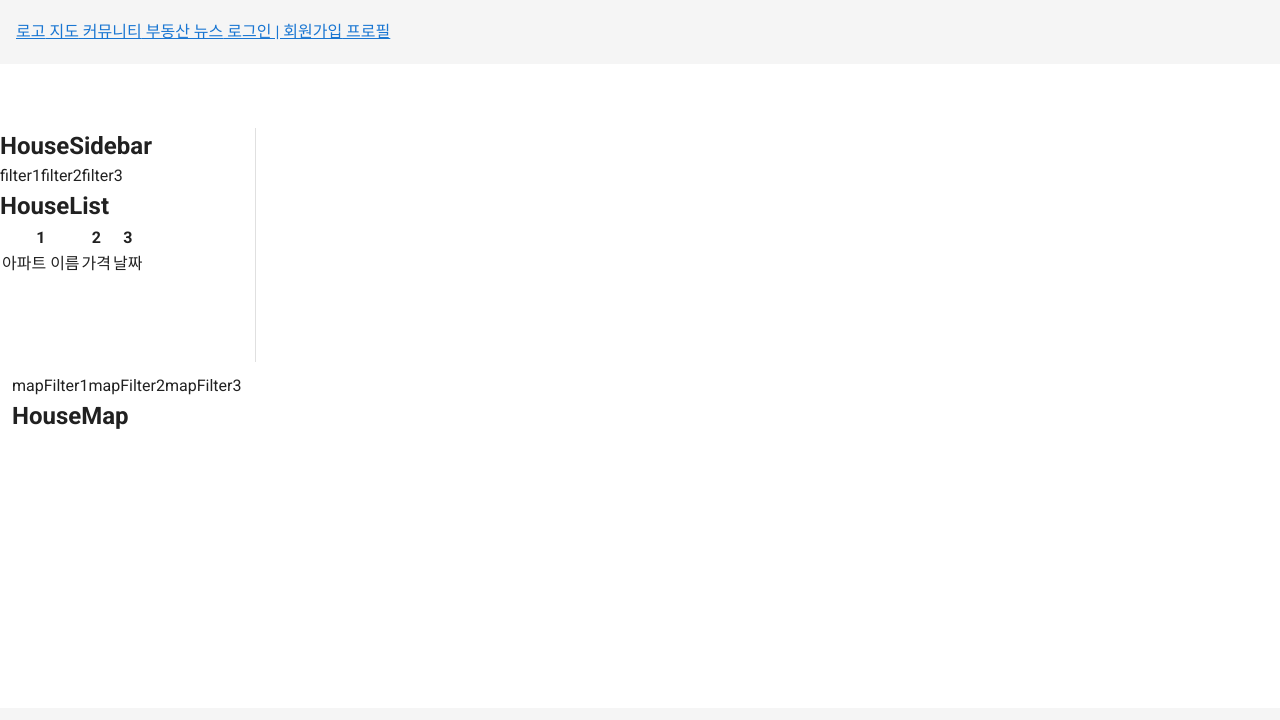
Repository: misso88/vue-whereIsMyHome
Page: /map
An editor plug-in stored every save of this project. The page is shown before and after the next save, followed by the edit.
The browser window is 1280 px wide. The pictures show the whole page.
The project was rebuilt for these pictures with package versions that can differ from the ones it lists, and the page was loaded fresh each time. Also part of the build but not shown: vue.config.js, src/views/AppMain.vue, src/views/AppNews.vue.

Above is the page before, as saved 2022-11-16 10:18:19.

### public/index.html
<!DOCTYPE html>
<html lang="en">
  <head>
    <meta charset="utf-8" />
    <meta http-equiv="X-UA-Compatible" content="IE=edge" />
    <meta name="viewport" content="width=device-width,initial-scale=1.0" />
    <link rel="icon" href="<%= BASE_URL %>favicon.ico" />
    <title><%= htmlWebpackPlugin.options.title %></title>
    <link
      rel="stylesheet"
      href="https://fonts.googleapis.com/css?family=Roboto:100,300,400,500,700,900"
    />
    <link
      rel="stylesheet"
      href="https://cdn.jsdelivr.net/npm/@mdi/font@latest/css/materialdesignicons.min.css"
    />
    <link
      rel="stylesheet"
      href="https://fonts.googleapis.com/css?family=Roboto:100,300,400,500,700,900"
    />
    <link
      rel="stylesheet"
      href="https://cdn.jsdelivr.net/npm/@mdi/font@latest/css/materialdesignicons.min.css"
    />
    <!-- <style>
      html{
        overflow-y: hidden !important;
      }
    </style> -->
  </head>
  <body>
    <noscript>
      <strong
        >We're sorry but <%= htmlWebpackPlugin.options.title %> doesn't work properly without
        JavaScript enabled. Please enable it to continue.</strong
      >
    </noscript>
    <div id="app"></div>
    <!-- built files will be auto injected -->
  </body>
</html>

### src/App.vue
<template>
  <v-app>
    <v-app-bar app elevation="0" >
      <the-header></the-header>
    </v-app-bar>
    <v-main>
      <router-view></router-view>
    </v-main>
    <v-footer app></v-footer>
  </v-app>
</template>

<script>
import TheHeader from "@/components/layout/TheHeader";

export default {
  name: "App",
  components: {
    TheHeader,
  },
};
</script>

### src/router/index.js
import Vue from 'vue'
import VueRouter from 'vue-router'

import AppMain from '@/views/AppMain'
import AppHouse from '@/views/AppHouse'
// import AppCommunity from '@/views/AppCommunity'
import AppNews from '@/views/AppNews'
// import AppMember from '@/views/AppMember'


Vue.use(VueRouter)

const routes = [
  {
    path: '/',
    name: 'main',
    component: AppMain
  },
  {
    path: '/map',
    name: 'map',
    component: AppHouse
  },
  {
    path: '/community',
    name: 'community',
    component: () => import("@/views/AppCommunity"),
    redirect: "/community/list",
    children: [
      {
        path: "list",
        name: "boardlist",
        component: () => import("@/components/board/BoardList")
      },
    ]
  },
  {
    path: '/news',
    name: 'news',
    component: AppNews
  },
  {
    path: '/member',
    name: 'member',
    component: () => import("@/views/AppMember"),
    children: [
      {
        path: "login",
        name: "login",
        component: () => import("@/components/member/MemberLogin")
      },
      {
        path: "join",
        name: "join",
        component: () => import("@/components/member/MemberJoin")
      },
    ]
  },
  {
    path: "/profile",
    name: "profile",
    component: () => import("@/views/TempProfile"),
    children: [
      {
        path: "mypage",
        name: "mypage",
        component: () => import("@/components/profile/ProfileMypage")
      },
      {
        path: "wishlist",
        name: "wishlist",
        component: () => import("@/components/profile/ProfileWishlist")
      },
      {
        path: "notice",
        name: "notice",
        component: () => import("@/components/profile/ProfileNotice")
      },
      {
        path: "helpcenter",
        name: "helpcenter",
        component: () => import("@/components/profile/ProfileHelpcenter")
      },
    ]
  },
]

const router = new VueRouter({
  mode: 'history',
  base: process.env.BASE_URL,
  routes
})

export default router

### src/store/index.js
import Vue from 'vue'
import Vuex from 'vuex'
import createPersistedState from "vuex-persistedstate";

Vue.use(Vuex)

export default new Vuex.Store({
  state: {
    type: null,
  },
  getters: {
  },
  mutations: {
    SET_TYPE (state, type) {
      state.type = type;
    },
  },
  actions: {
  },
  modules: {},
  plugins: [
    createPersistedState({
      // 브라우저 종료시 제거하기 위해 localStorage가 아닌 sessionStorage로 변경. (default: localStorage)
      storage: sessionStorage,
    }),
  ],

})

### src/components/layout/TheHeader.vue
<template>
  <div>
    <router-link :to="{ name: 'main' }" > 로고</router-link>
    <router-link :to="{ name: 'map'}" > 지도</router-link>
    <router-link :to="{ name: 'community'}" > 커뮤니티</router-link>
    <router-link :to="{ name: 'news'}" > 부동산 뉴스</router-link>
    <router-link :to="{ name: 'login'}" > 로그인 | 회원가입</router-link>
    <router-link :to="{ name: 'profile'}" > 프로필</router-link>
  </div>
</template>

<script>
export default {
    name: "TheHeader",
    data() {
        return {};
    }
}
</script>

<style>

</style>

### src/views/AppHouse.vue
<template>
  <v-main>
    <v-navigation-drawer permanent clipped>
      <house-sidebar></house-sidebar>
    </v-navigation-drawer>
    <v-container fluid>
      <house-map></house-map>
    </v-container>
  </v-main>
</template>

<script>
import HouseSidebar from "@/components/house/sidebar/HouseSidebar";
import HouseMap from "@/components/house/map/HouseMap";

export default {
  name: "AppHouse",
  components: {
    HouseSidebar,
    HouseMap
  }
};
</script>

<style>

</style>

### src/components/house/sidebar/HouseSidebar.vue
<template>
  <div>
    <h2>HouseSidebar</h2>
    <house-list-filter></house-list-filter>
    <house-list></house-list>
  </div>
</template>

<script>
import HouseList from "@/components/house/sidebar/HouseList";
import HouseListFilter from "@/components/house/sidebar/HouseListFilter";

export default {
    name: "HouseSidebar",
    components: {
        HouseList,
        HouseListFilter
    }
};
</script>

<style>

</style>

### src/components/house/map/HouseMap.vue
<template>
  <div>
    <house-map-filter></house-map-filter>
    <h2>HouseMap</h2>
  </div>
</template>

<script>
import HouseMapFilter from "@/components/house/map/HouseMapFilter";
export default {
    name: "HouseMap",
    components: {
        HouseMapFilter
    }
}
</script>

<style>

</style>

### src/components/house/sidebar/HouseList.vue
<template>
  <div>
    <h2>HouseList</h2>
    <table>
        <thead>
            <th>1</th>
            <th>2</th>
            <th>3</th>
        </thead>
        <house-list-item></house-list-item>
    </table>
    <house-detail></house-detail>
  </div>
</template>

<script>
import HouseListItem from "@/components/house/sidebar/HouseListItem";
export default {
    name: "HouseList",
    components: {
        HouseListItem
    },
};
</script>

<style>

</style>

### src/components/house/sidebar/HouseListFilter.vue
<template>
  <div>
    <button>filter1</button>
    <button>filter2</button>
    <button>filter3</button>
  </div>
</template>

<script>
export default {
    name: "HouseListFilter"
}
</script>

<style>

</style>

### src/components/house/map/HouseMapFilter.vue
<template>
  <div>
    <button>mapFilter1</button>
    <button>mapFilter2</button>
    <button>mapFilter3</button>
  </div>
</template>

<script>
export default {
    name: "HouseMapFilter"
}
</script>

<style>

</style>

### src/components/house/sidebar/HouseListItem.vue
<template>
  <tr>
    <td>아파트 이름</td>
    <td>가격</td>
    <td>날짜</td>
  </tr>
</template>

<script>
    export default {
        name: "HouseListItem",
    }
</script>

<style>

</style>

Loaded but not shown: src/main.js (common file); src/plugins/vuetify.js (common file)

After the next save:
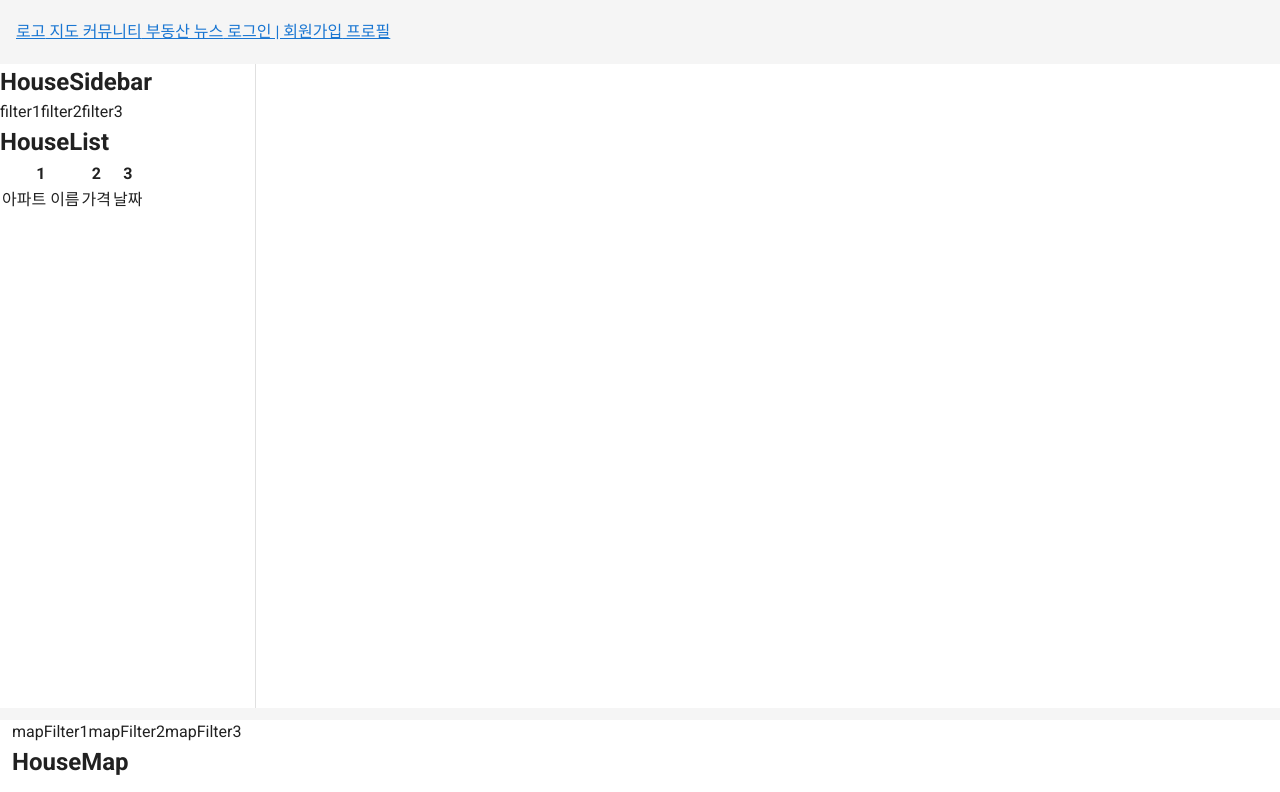
Saved 5 s later.
--- a/src/views/AppHouse.vue
+++ b/src/views/AppHouse.vue
@@ -1,12 +1,12 @@
 <template>
-  <v-main>
+  <v-con>
     <v-navigation-drawer permanent clipped>
       <house-sidebar></house-sidebar>
     </v-navigation-drawer>
     <v-container fluid>
       <house-map></house-map>
     </v-container>
-  </v-main>
+  </v-con>
 </template>
 
 <script>
